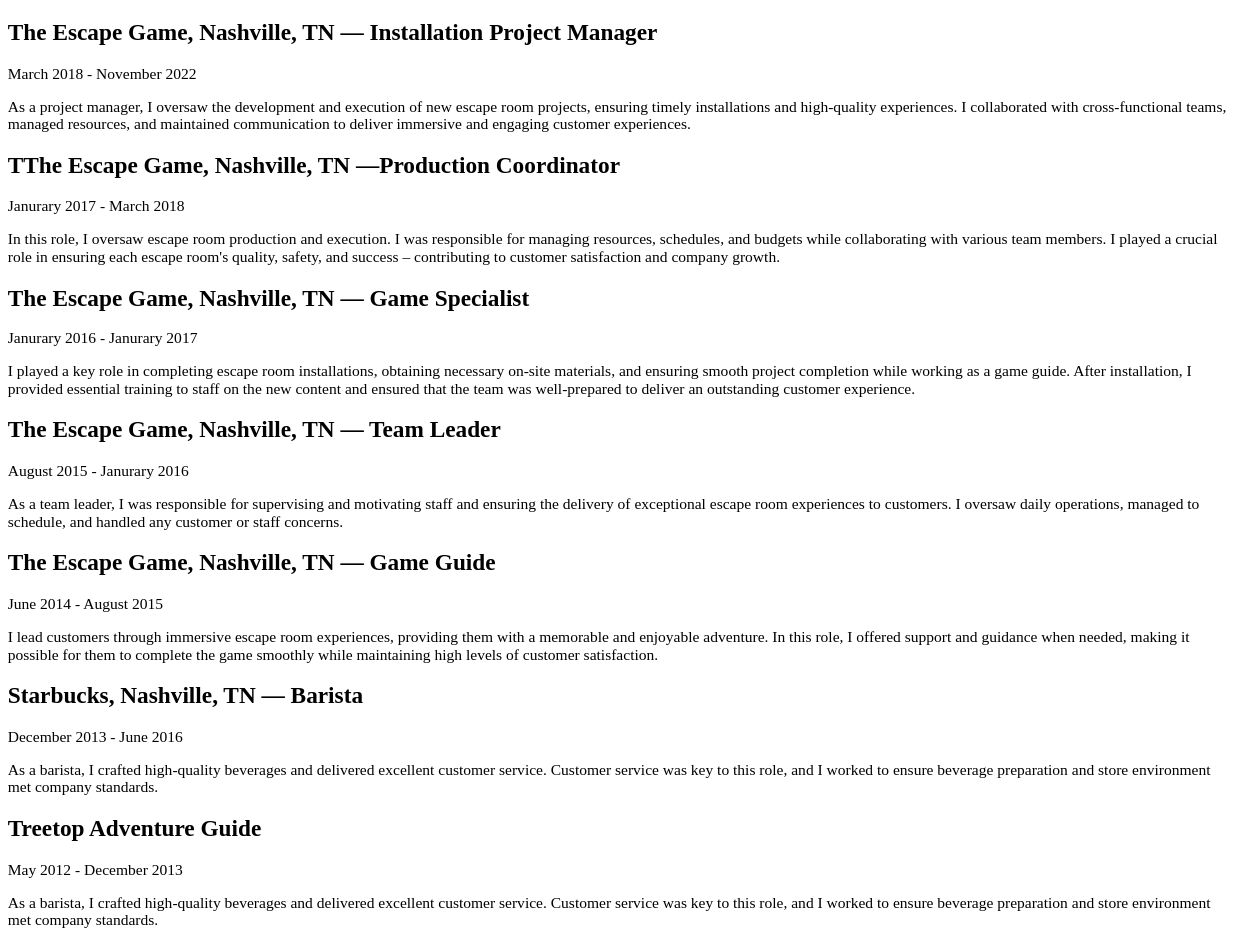
Repository: jgramirez0210/LAB-HTML-Resume
Page: index.html
The author's editor kept a copy of each file at every save. The page is drawn from the files as they stood at one save, then again after the next save.
The browser window is 1280 px wide. The pictures show the whole page, at 97% of full size.

Above is the page before, as saved 2023-10-10 15:06:28.

### index.html
<!DOCTYPE html>
<html lang="en">
<head>
  <meta charset="UTF-8">
  <meta name="viewport" content="width=device-width, initial-scale=1.0">
  <title>Jesse's Work Experience</title>
  <link rel="stylesheet" href="main.css">
</head>
<body>
  <article id="Job7">
    <h2>The Escape Game, Nashville, TN — Installation Project Manager </h2>
    <time datetime="2018-03" >March 2018</time> - <time datetime="2022-10" >November 2022</time></time>
    <p>As a project manager, I oversaw the development and execution of new escape room projects, ensuring timely installations and high-quality experiences. I collaborated with cross-functional teams, managed resources, and maintained communication to deliver immersive and engaging customer experiences.</p>
  </article>
  <article id="Job6">
    <h2>TThe Escape Game, Nashville, TN —Production Coordinator</h2>
    <time datetime="2017-01" >Janurary 2017</time> - <time datetime="2018-3" >March 2018</time></time>
    <p>In this role, I oversaw escape room production and execution. I was responsible for managing resources, schedules, and budgets while collaborating with various team members. I played a crucial role in ensuring each escape room's quality, safety, and success – contributing to customer satisfaction and company growth.
    </p>
  </article>
  <article id="Job5">
    <h2>The Escape Game, Nashville, TN — Game Specialist</h2>
    <time datetime="2016-01" >Janurary 2016</time> - <time datetime="2017-01" >Janurary 2017</time></time>
    <p>I played a key role in completing escape room installations, obtaining necessary on-site materials, and ensuring smooth project completion while working as a game guide. After installation, I provided essential training to staff on the new content and ensured that the team was well-prepared to deliver an outstanding customer experience.
    </p>
  </article>
  <article id="Job4">
    <h2>The Escape Game, Nashville, TN — Team Leader</h2>
    <time datetime="2015-0" >August 2015</time> - <time datetime="2016-01" >Janurary 2016</time></time>
    <p>As a team leader, I was responsible for supervising and motivating staff and ensuring the delivery of exceptional escape room experiences to customers. I oversaw daily operations, managed to schedule, and handled any customer or staff concerns.
    </p>
  </article>
  <article id="Job3">
    <h2>The Escape Game, Nashville, TN — Game Guide</h2>
    <time datetime="2014-06" >June 2014</time> - <time datetime="2015-08" >August 2015</time></time>
    <p>I lead customers through immersive escape room experiences, providing them with a memorable and enjoyable adventure. In this role, I offered support and guidance when needed, making it possible for them to complete the game smoothly while maintaining high levels of customer satisfaction.
    </p>
  </article>
  <article id="Job2">
    <h2>Starbucks, Nashville, TN — Barista</h2>
    <time datetime="2013-12" >December 2013</time> - <time datetime="2014-06" >June 2016</time></time>
    <p>As a barista, I crafted high-quality beverages and delivered excellent customer service. Customer service was key to this role, and I worked to ensure beverage preparation and store environment met company standards.
    </p>
  </article>
  <article id="Job1">
    <h2>Treetop Adventure Guide</h2>
    <time datetime="2012-05" >May 2012</time> - <time datetime="2013-12" >December 2013</time></time>
    <p>As a barista, I crafted high-quality beverages and delivered excellent customer service. Customer service was key to this role, and I worked to ensure beverage preparation and store environment met company standards.
    </p>
  </article>
  <script src="main.js"></script>
</body>
</html>

### main.css
#job7 {
  font-family:'Franklin Gothic Medium', 'Arial Narrow', Arial, sans-serif;
  color: red;
}

Loaded but not shown: main.js (no stored copy; drawn as an empty file)

After the next save:
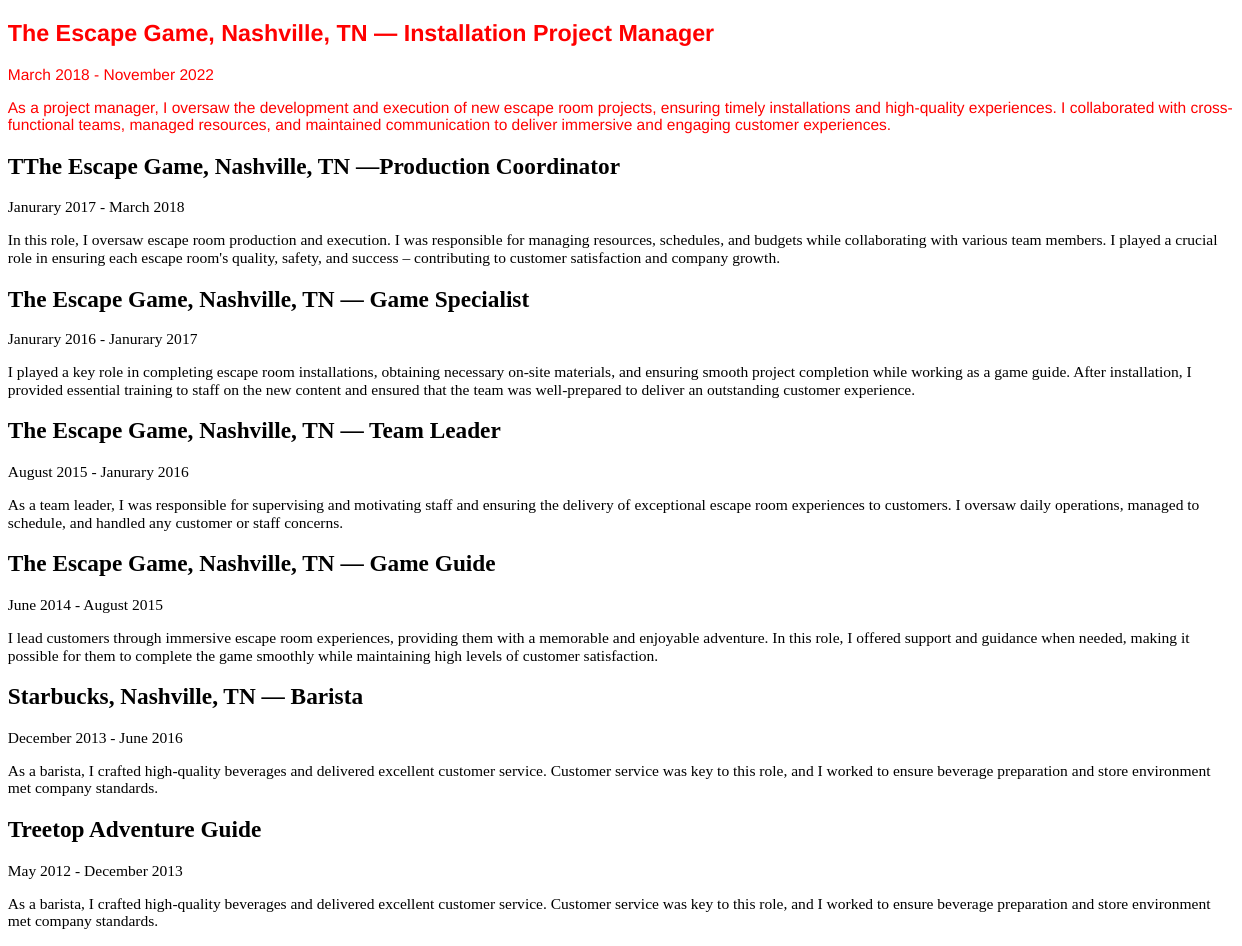
Saved 77 s later.
--- a/index.html
+++ b/index.html
@@ -7,7 +7,7 @@
   <link rel="stylesheet" href="main.css">
 </head>
 <body>
-  <article id="Job7">
+  <article id="job7">
     <h2>The Escape Game, Nashville, TN — Installation Project Manager </h2>
     <time datetime="2018-03" >March 2018</time> - <time datetime="2022-10" >November 2022</time></time>
     <p>As a project manager, I oversaw the development and execution of new escape room projects, ensuring timely installations and high-quality experiences. I collaborated with cross-functional teams, managed resources, and maintained communication to deliver immersive and engaging customer experiences.</p>
